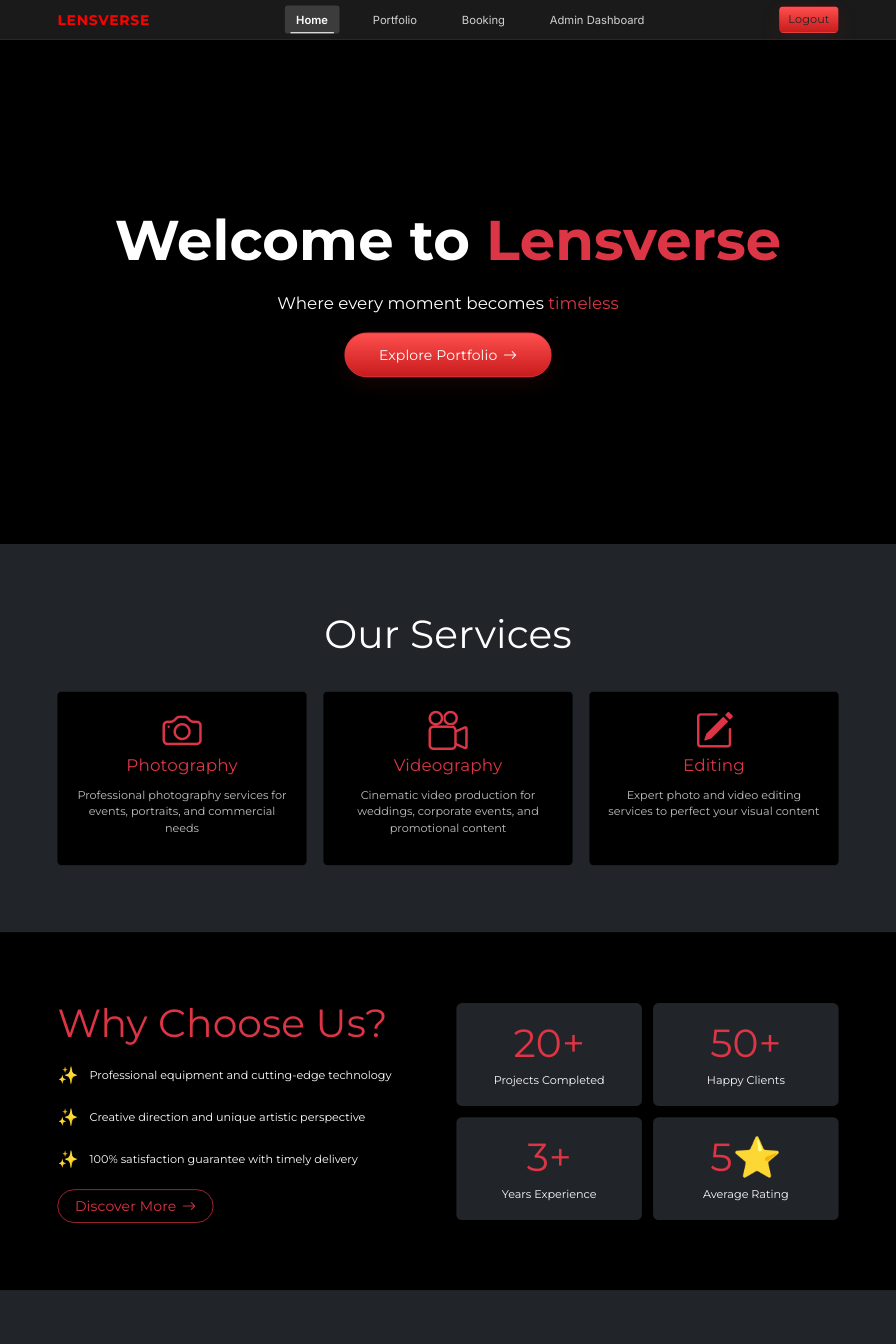
Repository: adithyakiran47/lensverseproject
Page: / (app in lensverse-client/)
The author's editor kept a copy of each file at every save. The page is drawn from the files as they stood at one save, then again after the next save.
The browser window is 1280 px wide. The pictures show the part of the page from y = 0 to 1920 px (the page is 2903 px tall), at 70% of full size.
The project was rebuilt for these pictures with package versions that can differ from the ones it lists, and the page was loaded fresh each time. Also part of the build but not shown: lensverse-client/src/pages/Portfolio.css, lensverse-client/src/pages/Portfolio.js, lensverse-client/src/utils/api.js, lensverse-client/src/pages/Booking.js, lensverse-client/src/pages/About.js, lensverse-client/src/pages/AdminLogin.js, lensverse-client/src/pages/AdminDashboard.js. Imported but missing from the stored project, and not drawn on this page: lensverse-client/src/reportWebVitals.

Above is the page before, as saved 2025-11-04 11:28:06.

### lensverse-client/src/index.css
/* src/index.css - global font + high-contrast variables */
@import url('https://fonts.googleapis.com/css2?family=Montserrat:wght@400;600;700;800&family=Inter:wght@300;400;600&display=swap');

:root{
  --bg-900: #000000;
  --panel: rgba(255,255,255,0.03);         /* glass panels */
  --muted: rgba(255,255,255,0.65);
  --text: #ffffff;
  --accent: #ff4f4f;                       /* primary accent */
  --accent-600: #c81b1b;
  --card-bg: rgba(255,255,255,0.02);
  --input-bg: rgba(255,255,255,0.04);
  --focus-ring: rgba(255,79,79,0.14);
}

html,body,#root{
  height:100%;
  background: linear-gradient(180deg,var(--bg-900),#040404);
  margin:0;
  color:var(--text);
  font-family: 'Montserrat', 'Inter', system-ui, -apple-system, 'Segoe UI', Roboto, Arial;
  -webkit-font-smoothing:antialiased;
  -moz-osx-font-smoothing:grayscale;
}

/* Headings: blocky, high-weight for strong visual presence */
h1,h2,h3,h4,h5{
  font-family: 'Montserrat', 'Inter', sans-serif;
  font-weight:700;
  color: var(--text);
  letter-spacing: 0.2px;
}

/* Links */
a { color: var(--muted); text-decoration:none; }
a:hover { color: var(--text); }

/* Utility adjustments for contrast across components */
.bg-black { background: transparent !important; } /* allow global background to show */
.text-muted, .small { color: var(--muted) !important; }

/* Button defaults */
.btn {
  border-radius: 10px;
  font-weight: 700;
  letter-spacing: 0.2px;
}

/* Danger/accent button */
.btn-danger, .btn-logout {
  background: linear-gradient(180deg,var(--accent),var(--accent-600));
  color: #fff;
  border: none;
  box-shadow: 0 10px 30px rgba(200,40,40,0.12);
}

/* Form controls contrast */
.form-control, .form-select, textarea {
  background: var(--input-bg) !important;
  border: 1px solid rgba(255,255,255,0.06) !important;
  color: var(--text) !important;
  border-radius: 8px;
}

.form-control::placeholder { color: rgba(255,255,255,0.45); }

/* Focus */
.form-control:focus, .form-select:focus, textarea:focus, .btn:focus {
  outline: none;
  box-shadow: 0 8px 28px var(--focus-ring);
  border-color: var(--accent);
}

/* Cards / panels */
.panel {
  background: linear-gradient(180deg,var(--card-bg), rgba(0,0,0,0.06));
  border: 1px solid rgba(255,255,255,0.03);
  border-radius: 12px;
  padding: 1rem;
  box-shadow: 0 10px 30px rgba(0,0,0,0.6);
}

/* Make sure contrast for badges */
.badge {
  font-weight:700;
  color: #fff;
}

/* Narrow screens: keep spacing */
@media (max-width:767.98px){
  .container { padding-left:1rem; padding-right:1rem; }
}

### lensverse-client/src/App.js
import React from 'react';
import { BrowserRouter as Router, Routes, Route } from 'react-router-dom';


// Import your page components (create these next)
import Home from './pages/Home';
import Portfolio from './pages/Portfolio';
import Booking from './pages/Booking';
import About from './pages/About';
import AdminLogin from './pages/AdminLogin';
import AdminDashboard from './pages/AdminDashboard';

function App() {
  return (
    <Router>
      <Routes>
        <Route path="/" element={<Home />} />
        <Route path="/portfolio" element={<Portfolio />} />
        <Route path="/booking" element={<Booking />} />
        <Route path="/about" element={<About />} />
        <Route path="/admin-login" element={<AdminLogin />} />
        <Route path="/admin-dashboard" element={<AdminDashboard />} />
      </Routes>
    </Router>
  );
}

export default App;

### lensverse-client/src/components/Navbar.js
// Navbar.js - improved professional navbar with active link highlighting
import React from 'react';
import { Link, useNavigate, useLocation } from 'react-router-dom';
import './Navbar.css';

const NAV_LINKS = [
  { to: '/', label: 'Home' },
  { to: '/portfolio', label: 'Portfolio' },
  { to: '/booking', label: 'Booking' },
  { to: '/admin-dashboard', label: 'Admin Dashboard' }
];

const Navbar = () => {
  const navigate = useNavigate();
  const location = useLocation();

  const handleLogout = () => {
    localStorage.removeItem('adminToken');
    navigate('/admin-login');
  };

  const isActive = (path) => {
    if (path === '/') return location.pathname === '/';
    return location.pathname.startsWith(path);
  };

  return (
    <nav className="navbar navbar-expand-lg lens-navbar">
      <div className="container">
        <Link className="navbar-brand" to="/">
          <span className="brand-red">LENSVERSE</span>
        </Link>

        <button
          className="navbar-toggler"
          type="button"
          data-bs-toggle="collapse"
          data-bs-target="#lensNavbar"
          aria-controls="lensNavbar"
          aria-expanded="false"
          aria-label="Toggle navigation"
        >
          <span className="navbar-toggler-icon"></span>
        </button>

        <div className="collapse navbar-collapse" id="lensNavbar">
          <ul className="navbar-nav me-auto mb-2 mb-lg-0 align-items-lg-center">
            {NAV_LINKS.map(link => (
              <li className="nav-item" key={link.to}>
                <Link
                  to={link.to}
                  className={`nav-link ${isActive(link.to) ? 'active' : ''}`}
                >
                  {link.label}
                </Link>
              </li>
            ))}
          </ul>

          <div className="d-flex align-items-center gap-3">
            <button className="btn btn-logout" onClick={handleLogout}>Logout</button>
          </div>
        </div>
      </div>
    </nav>
  );
};

export default Navbar;

### lensverse-client/src/pages/Home.css
/* Add to src/pages/Home.css */
@import url("https://cdn.jsdelivr.net/npm/bootstrap-icons@1.11.1/font/bootstrap-icons.css");

/* Utility Classes */
.py-6 {
  padding-top: 6rem;
  padding-bottom: 6rem;
}

.z-1 {
  z-index: 1;
}

/* Hero Section */
.hero-section {
  position: relative;
  background: linear-gradient(rgba(0, 0, 0, 0.7), rgba(0, 0, 0, 0.7));
}

.bg-pattern {
  opacity: 0.1;
  background-image: radial-gradient(#dc3545 1px, transparent 1px);
  background-size: 32px 32px;
}

/* Service Cards */
.service-card {
  transition: transform 0.3s ease, box-shadow 0.3s ease;
  cursor: pointer;
}

.service-card:hover {
  transform: translateY(-10px);
  box-shadow: 0 10px 30px rgba(220, 53, 69, 0.2);
}

/* Feature List */
.feature-list li {
  transition: transform 0.3s ease;
}

.feature-list li:hover {
  transform: translateX(10px);
}

.feature-icon {
  font-size: 1.5rem;
  color: #dc3545;
}

/* Stats Cards */
.stat-card {
  transition: transform 0.3s ease;
  cursor: pointer;
}

.stat-card:hover {
  transform: translateY(-5px);
}

/* Testimonial Section */
.testimonial-card {
  transition: transform 0.3s ease;
  box-shadow: 0 10px 30px rgba(0, 0, 0, 0.2);
}

.testimonial-card:hover {
  transform: translateY(-5px);
}

/* CTA Section */
.cta-section {
  background: linear-gradient(45deg, #dc3545, #900);
}

.cta-section::before {
  content: '';
  position: absolute;
  top: 0;
  left: 0;
  right: 0;
  bottom: 0;
  background: url('data:[embedded picture, 165 characters]') repeat;
  opacity: 0.1;
}

/* Hover Effects */
.hover-scale {
  transition: transform 0.3s ease;
}

.hover-scale:hover {
  transform: scale(1.05);
}

/* Responsive Adjustments */
@media (max-width: 768px) {
  .display-1 {
    font-size: 3rem;
  }

  .py-6 {
    padding-top: 4rem;
    padding-bottom: 4rem;
  }
}

### lensverse-client/src/pages/Booking.css
/* src/pages/Booking.css
   Glassy booking form, responsive, improved contrast, date icon + dropdown visibility
*/

/* Font */
@import url('https://fonts.googleapis.com/css2?family=Montserrat:wght@600;700&display=swap');

/* Form shell (glass) */
.booking-form,
.bg-dark.p-4.rounded.shadow-lg {
  background: linear-gradient(180deg, rgba(255,255,255,0.025), rgba(255,255,255,0.015));
  border-radius: 14px;
  padding: 1.1rem;
  border: 1px solid rgba(255,255,255,0.04);
  box-shadow: 0 18px 48px rgba(0,0,0,0.65);
  backdrop-filter: blur(8px) saturate(120%);
  -webkit-backdrop-filter: blur(8px) saturate(120%);
  transition: transform .14s ease, box-shadow .14s ease, background .2s ease;
  overflow: hidden;
}

/* Hover lift on large screens */
@media (min-width: 992px) {
  .booking-form:hover,
  .bg-dark.p-4.rounded.shadow-lg:hover {
    transform: translateY(-6px);
    box-shadow: 0 28px 60px rgba(0,0,0,0.75);
  }
}

/* Grid: 1 col mobile, 2 col tablet+ */
.row-gap {
  display: grid;
  gap: .75rem;
}
@media (min-width: 768px) {
  .row-gap { grid-template-columns: 1fr 1fr; }
}

/* Inputs and selects */
.booking-form .form-control,
.booking-form .form-select,
.bg-dark.p-4.rounded.shadow-lg .form-control,
.bg-dark.p-4.rounded.shadow-lg .form-select {
  background: linear-gradient(180deg, rgba(0,0,0,0.62), rgba(10,10,10,0.45)) !important;
  color: #f6f6f6 !important;
  border: 1px solid rgba(255,255,255,0.04);
  padding: 0.72rem 0.9rem;
  border-radius: 10px;
  font-size: 0.98rem;
  width: 100%;
  transition: box-shadow .14s ease, border-color .12s ease, transform .08s ease;
  -webkit-appearance: none;
  appearance: none;
}

/* Placeholder */
.booking-form ::placeholder,
.bg-dark.p-4.rounded.shadow-lg ::placeholder {
  color: rgba(255,255,255,0.55);
}

/* Labels */
.booking-form .form-label,
.bg-dark.p-4.rounded.shadow-lg .form-label {
  display: block;
  margin-bottom: 0.35rem;
  font-weight: 600;
  color: #eaeaea;
  font-size: 0.95rem;
}

/* Focus state */
.booking-form .form-control:focus,
.booking-form .form-select:focus,
.bg-dark.p-4.rounded.shadow-lg .form-control:focus,
.bg-dark.p-4.rounded.shadow-lg .form-select:focus {
  border-color: rgba(220,53,69,0.95);
  box-shadow: 0 8px 30px rgba(220,53,69,0.06);
  transform: translateY(-1px);
  outline: none;
}

/* Focus-visible for keyboard users */
.booking-form .form-control:focus-visible,
.booking-form .form-select:focus-visible,
.bg-dark.p-4.rounded.shadow-lg .form-control:focus-visible,
.bg-dark.p-4.rounded.shadow-lg .form-select:focus-visible {
  outline: 3px solid rgba(220,53,69,0.12);
  outline-offset: 3px;
}

/* Select specifics: ensure white value and visible arrow */
.booking-form .form-select,
.bg-dark.p-4.rounded.shadow-lg .form-select {
  color: #fff !important;
  padding-right: 2.8rem;
  background: linear-gradient(180deg, rgba(0,0,0,0.62), rgba(10,10,10,0.45)) !important;
  border-radius: 10px;
  border: 1px solid rgba(255,255,255,0.04) !important;
  background-image:
    url('data:[embedded picture, 259 characters]');
  background-repeat: no-repeat;
  background-position: right 12px center;
  background-size: 14px 14px;
}

/* Ensure option items are visible (native lists vary by browser) */
.booking-form .form-select option {
  background: #0b0b0b;
  color: #fff;
}

/* Date input: make text and icon white and visible */
.booking-form input[type="date"],
.bg-dark.p-4.rounded.shadow-lg input[type="date"] {
  color: #fff; /* date text */
  background: linear-gradient(180deg, rgba(0,0,0,0.62), rgba(10,10,10,0.45)) !important;
}

/* WebKit calendar icon */
.booking-form input[type="date"]::-webkit-calendar-picker-indicator {
  filter: invert(1) brightness(2) contrast(1);
  opacity: 0.95;
}

/* WebKit editable text */
.booking-form input[type="date"]::-webkit-datetime-edit,
.booking-form input[type="date"]::-webkit-datetime-edit-text {
  color: #fff;
}

/* Edge / IE expand control */
.booking-form input[type="date"]::-ms-expand,
.booking-form input[type="date"]::-ms-clear {
  filter: invert(1) brightness(2);
}

/* Button style */
.booking-form .btn-danger,
.bg-dark.p-4.rounded.shadow-lg .btn-danger {
  position: relative;
  overflow: hidden;
  background: linear-gradient(180deg, #ff4f4f 0%, #c81b1b 100%);
  border: none;
  color: #fff;
  padding: 0.62rem 1.05rem;
  border-radius: 12px;
  font-weight: 700;
  letter-spacing: 0.2px;
  box-shadow: 0 10px 30px rgba(200,40,40,0.12);
  transition: transform .12s ease, box-shadow .12s ease;
}

/* Button hover shine */
.booking-form .btn-danger:hover {
  transform: translateY(-4px) scale(1.02);
  box-shadow: 0 20px 50px rgba(200,40,40,0.18);
}
.booking-form .btn-danger::after {
  content: "";
  position: absolute;
  top: -40%;
  left: -30%;
  width: 60%;
  height: 180%;
  background: linear-gradient(120deg, rgba(255,255,255,0.18), rgba(255,255,255,0.02));
  transform: rotate(25deg);
  transition: transform .6s cubic-bezier(.2,.9,.2,1);
  pointer-events: none;
}
.booking-form .btn-danger:hover::after {
  transform: translateX(150%) rotate(25deg);
}

/* Alert */
.alert-success {
  background: linear-gradient(90deg, rgba(40,167,69,0.12), rgba(40,167,69,0.06));
  color: #c7f0d1;
  border: 1px solid rgba(40,167,69,0.12);
}

/* Small note */
.booking-note { color: rgba(255,255,255,0.75); font-size: .95rem; }

/* is-invalid */
.is-invalid { border-color: rgba(255,100,100,0.9) !important; box-shadow: 0 6px 18px rgba(255,100,100,0.04) !important; }
.invalid-feedback { color: #ffbdbd; font-size: 0.9rem; }

/* Responsive adjustments */
@media (max-width: 767.98px) {
  .booking-form { padding: 0.9rem; }
  .booking-form .btn-danger { width: 100%; }
}

/* Accessibility focus-visible */
.booking-form .form-control:focus-visible,
.booking-form .form-select:focus-visible,
.booking-form input[type="date"]:focus-visible {
  outline: 3px solid rgba(220,53,69,0.12);
  outline-offset: 3px;
}

/* Minor polish */
.booking-form .form-control { line-height: 1.3; }

### lensverse-client/src/pages/AdminLogin.css
/* src/pages/AdminLogin.css - improved contrast and block font */
@import url('https://fonts.googleapis.com/css2?family=Montserrat:wght@600;800&display=swap');

.admin-login-page {
  min-height:100vh;
  display:flex;
  align-items:center;
  justify-content:center;
  background: linear-gradient(180deg,#000,#050505);
  padding:2rem;
  font-family: 'Montserrat', system-ui, sans-serif;
}

.login-wrap { width:100%; max-width:420px; }

.admin-card {
  background: linear-gradient(180deg, rgba(255,255,255,0.03), rgba(255,255,255,0.015));
  border-radius:14px;
  border:1px solid rgba(255,255,255,0.04);
  padding:1.2rem;
  box-shadow: 0 18px 48px rgba(0,0,0,0.7);
}

/* title */
.card-title { font-size:1.35rem; color:#fff; font-weight:700; }

/* labels & inputs */
.form-label { color: rgba(255,255,255,0.92); font-weight:700; }
.form-control {
  background: rgba(0,0,0,0.6);
  border-radius:10px;
  border:1px solid rgba(255,255,255,0.04);
  padding:.7rem .9rem;
  color:#fff;
}

/* show button */
.show-btn {
  background: transparent;
  border: 1px solid rgba(255,255,255,0.04);
  color: #fff;
  padding: .45rem .6rem;
  border-radius:8px;
  font-weight:700;
}

/* submit */
.btn-submit {
  margin-top:.9rem;
  width:100%;
  background: linear-gradient(180deg,var(--accent),var(--accent-600));
  color:#fff;
  padding:.68rem;
  border-radius:12px;
  font-weight:800;
}

/* small note */
.small-note { color: rgba(255,255,255,0.7); font-size:.88rem; text-align:center; margin-top:.6rem; }

### lensverse-client/src/pages/AdminDashboard.css
/* src/pages/AdminDashboard.css - table + card contrast */
@import url('https://fonts.googleapis.com/css2?family=Montserrat:wght@600;700&display=swap');

.container.bg-black { background: transparent; font-family: 'Montserrat', system-ui, sans-serif; }

/* glass panel */
.table-responsive {
  background: linear-gradient(180deg, rgba(255,255,255,0.02), rgba(255,255,255,0.01));
  border: 1px solid rgba(255,255,255,0.03);
  border-radius: 12px;
  padding: .6rem;
  box-shadow: 0 18px 48px rgba(0,0,0,0.65);
  backdrop-filter: blur(6px);
}

/* table rows distinct */
.table.table-dark tbody tr {
  background: linear-gradient(180deg, rgba(0,0,0,0.6), rgba(8,8,8,0.5));
  border-radius: 10px;
  box-shadow: 0 10px 30px rgba(0,0,0,0.6);
}

/* table cell color */
.table.table-dark tbody td { color: #fff; padding: .85rem 1rem; }

/* headings */
.table.table-dark thead th { color: #fff; font-weight:700; border-bottom: 1px solid rgba(255,255,255,0.03); }

/* badges for status */
.badge { font-weight:700; color:#fff; }

/* small-screen cards */
.card.bg-dark {
  background: linear-gradient(180deg, rgba(255,255,255,0.02), rgba(255,255,255,0.01));
  border:1px solid rgba(255,255,255,0.03);
  border-radius:12px;
  box-shadow: 0 12px 36px rgba(0,0,0,0.65);
  padding:.8rem;
  margin-bottom:1rem;
}

/* actions */
.btn { font-weight:700; border-radius:8px; }
.btn-outline-light { border:1px solid rgba(255,255,255,0.06); color:#fff; }

### lensverse-client/src/components/Navbar.css
.navbar {
  background: rgba(255, 255, 255, 0.1);
  backdrop-filter: blur(10px);
  -webkit-backdrop-filter: blur(10px);
  box-shadow: 0 4px 30px rgba(0, 0, 0, 0.1);
  border-bottom: 1px solid rgba(255, 255, 255, 0.1);
  padding: 1rem 2rem;
}

.navbar-brand {
  font-family: 'Montserrat', sans-serif;
  font-weight: 700;
  font-size: 1.5rem;
  color: #ff0000 !important;
  letter-spacing: 1px;
}

.navbar-toggler {
  border: none;
  background: transparent;
  padding: 0.5rem;
}

.navbar-toggler:focus {
  box-shadow: none;
  outline: none;
}

.navbar-toggler-icon {
  background-image: url("data:[embedded picture, 237 characters]");
}

.navbar-nav {
  margin-left: auto;
}

.nav-item {
  margin: 0 0.5rem;
}

.nav-link {
  font-family: 'Inter', sans-serif;
  color: rgba(255, 255, 255, 0.8) !important;
  font-size: 1rem;
  font-weight: 500;
  padding: 0.5rem 1rem !important;
  transition: all 0.3s ease;
  border-radius: 4px;
}

.nav-link:hover {
  color: #ffffff !important;
  background: rgba(255, 255, 255, 0.1);
}

.nav-link.active {
  color: #ffffff !important;
  background: rgba(255, 255, 255, 0.15);
  font-weight: 600;
}

/* Login button special styling */
.nav-link.login-btn {
  border: 1px solid rgba(255, 255, 255, 0.3);
  padding: 0.5rem 1.5rem !important;
}

.nav-link.login-btn:hover {
  background: rgba(255, 255, 255, 0.2);
  border-color: rgba(255, 255, 255, 0.5);
}

/* Responsive adjustments */
@media (max-width: 991px) {
  .navbar-collapse {
    background: rgba(0, 0, 0, 0.95);
    margin: 1rem -2rem -1rem;
    padding: 1rem 2rem;
    border-top: 1px solid rgba(255, 255, 255, 0.1);
  }

  .nav-item {
    margin: 0.5rem 0;
  }

  .nav-link {
    padding: 0.75rem 1rem !important;
  }

  .login-btn {
    margin-top: 0.5rem;
    text-align: center;
  }
}

/* Custom animation for navbar items */
.nav-link {
  position: relative;
  overflow: hidden;
}

.nav-link::after {
  content: '';
  position: absolute;
  bottom: 0;
  left: 50%;
  width: 0;
  height: 2px;
  background: #ffffff;
  transition: all 0.3s ease;
  transform: translateX(-50%);
}

.nav-link:hover::after,
.nav-link.active::after {
  width: 80%;
}

/* Adjust navbar for larger screens */
@media (min-width: 1200px) {
  .navbar {
    padding: 1rem 4rem;
  }

  .nav-item {
    margin: 0 1rem;
  }
}

Loaded but not shown: lensverse-client/src/index.js (common file); lensverse-client/src/pages/Home.js (152 lines, source omitted)

After the next save:
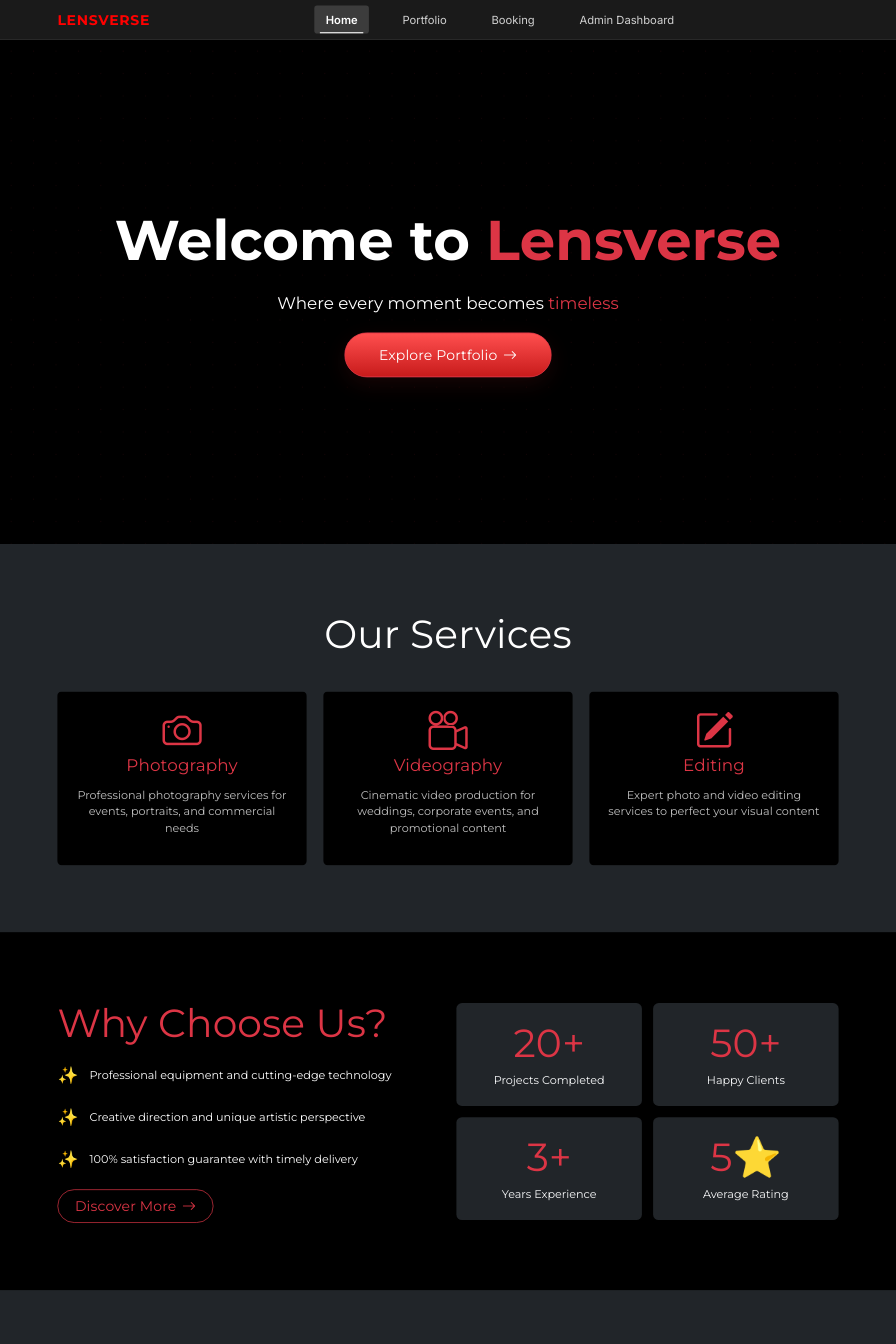
Saved 102 s later.
--- a/lensverse-client/src/components/Navbar.js
+++ b/lensverse-client/src/components/Navbar.js
@@ -23,6 +23,9 @@ const Navbar = () => {
     if (path === '/') return location.pathname === '/';
     return location.pathname.startsWith(path);
   };
+
+  // Check if user is logged in by checking for adminToken
+  const isLoggedIn = !!localStorage.getItem('adminToken');
 
   return (
     <nav className="navbar navbar-expand-lg lens-navbar">
@@ -57,9 +60,12 @@ const Navbar = () => {
             ))}
           </ul>
 
-          <div className="d-flex align-items-center gap-3">
-            <button className="btn btn-logout" onClick={handleLogout}>Logout</button>
-          </div>
+          {/* Only show logout button if user is logged in */}
+          {isLoggedIn && (
+            <div className="d-flex align-items-center gap-3">
+              <button className="btn btn-logout" onClick={handleLogout}>Logout</button>
+            </div>
+          )}
         </div>
       </div>
     </nav>
